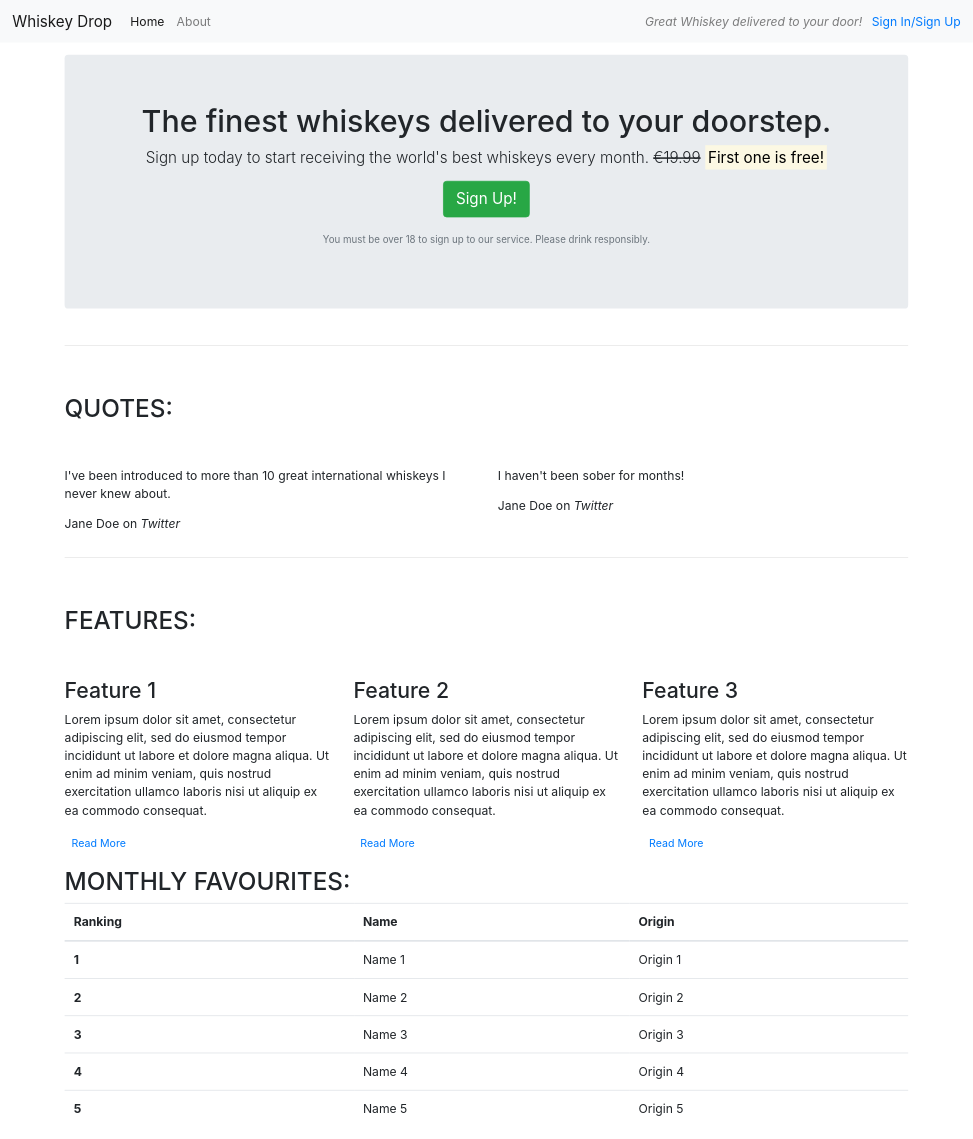
Repository: ElaineArchbold/bootstrap_landing_page1
Page: index.html
The author's editor kept a record of every edit. The page is drawn from the files as they stood at one moment, then again after the next edit.
The browser window is 1280 px wide. The pictures show the whole page, at 76% of full size.

Above is the page before.

### index.html
<!DOCTYPE html>
<html lang="en-us">

<head>
    <meta charset="utf-8">
    <meta name="viewport" content="width=device-width, initial-scale=1.0">
    <title>Whiskey Drop | Taste a new whiskey every month</title>
    <link rel="stylesheet" href="https://maxcdn.bootstrapcdn.com/bootstrap/4.1.3/css/bootstrap.min.css">
</head>

<body>
    <nav class="navbar navbar-light bg-light navbar-expand-sm">
        <!--navbar light for a light colour, bg-light for a light background and navbar-expand-sm to make it responsive-->
        <a href="/" class="navbar-brand">Whiskey Drop</a>
        <ul class="navbar-nav mr-auto">
            <!--mr-auto will push the content to the left-->
            <li class="active nav-item mr-r"><a class="nav-link" href="/">Home</a></li>
            <li class="nav-item mr-2"><a class="nav-link" href="/about">About</a></li>
            <li class="nav-item mr-2 d-block d-sm-none"><a class="nav-link" href="/login">Sign In/Sign Up</a></li>
            <!--this last list item will only be displayed on a mobile device-->
        </ul>
        <div class="d-none d-md-block">
            <!--this will only be displayed on medium sized and above-->
            <p class="navbar-text my-auto mr-2"><i>Great Whiskey delivered to your door!</i></p>
            <!--my-auto is automatic margin-->
            <a href="/login">Sign In/Sign Up</a>
        </div>
    </nav>
    <article class="container mt-3">
        <!-- Callout -->
        <div class="row">
            <div class="col-12">
                <section class="callout jumbotron text-center">
                    <h1>The finest whiskeys delivered to your doorstep.</h1>
                    <p class="lead">Sign up today to start receiving the world's best whiskeys every month. <s class="d-none d-sm-inline"><!--this hides this text on mobile-->€19.99</s>
                        <span class="d-inline d-sm-none"><br></span>
                        <!--this moves the following text to its own line on mobile-->
                        <strong><mark>First one is free!</mark></strong></p>
                    <p><button class="btn btn-lg btn-success">Sign Up!</button></p>
                    <p class="text-muted"><small>You must be over 18 to sign up to our service. Please drink responsibly.</small></p>
                </section>
            </div>
        </div>
        <!-- /.callout -->
        <hr>

        <!-- Quotes -->
        <section class="quotes">
            <div class="row">
                <div class="col-12 my-5">
                    <!--my-5 gives more vertical space-->
                    <h2 class="text-uppercase">Quotes:</h2>
                </div>
            </div>
            <div class="row">
                <div class="col-12 col-md-6">
                    <!--this makes the quotes side by side on a medium screen-->
                    <blockquote class="quote">
                        <p>I've been introduced to more than 10 great international whiskeys I never knew about.</p>
                        <footer>Jane Doe on <cite title="Twitter">Twitter</cite></footer>
                    </blockquote>
                </div>
                <div class="col-12 col-md-6">
                    <blockquote class="quote">
                        <p>I haven't been sober for months!</p>
                        <footer>Jane Doe on <cite title="Twitter">Twitter</cite></footer>
                    </blockquote>
                </div>
            </div>
        </section>
        <!-- /.quotes -->
        <hr>

        <!-- Features -->
        <section class="features">
            <div class="row">
                <div class="col-12 my-5">
                    <h2 class="text-uppercase">Features:</h2>
                </div>
            </div>
            <div class="row">
                <div class="col-12 col-md-6 col-lg-4">
                    <!--the col-lg-4 will keep the features side by side but make them occupy a third of the row-->
                    <div class="feature">
                        <h3>Feature 1</h3>
                        <p>Lorem ipsum dolor sit amet, consectetur adipiscing elit, sed do eiusmod tempor incididunt ut labore et dolore magna aliqua. Ut enim ad minim veniam, quis nostrud exercitation ullamco laboris nisi ut aliquip ex ea commodo consequat.</p>
                        <p><a class="btn btn-sm btn-default" href="">Read More</a></p>
                    </div>
                </div>
                <div class="col-12 col-md-6 col-lg-4">
                    <div class="feature">
                        <h3>Feature 2</h3>
                        <p>Lorem ipsum dolor sit amet, consectetur adipiscing elit, sed do eiusmod tempor incididunt ut labore et dolore magna aliqua. Ut enim ad minim veniam, quis nostrud exercitation ullamco laboris nisi ut aliquip ex ea commodo consequat.</p>
                        <p><a class="btn btn-sm btn-default" href="">Read More</a></p>
                    </div>
                </div>
                <div class="col-12 d-md-none d-lg-block col-lg-4">
                    <div class="feature">
                        <!-- d-md-none on a medium screen, this wont be displayed -->
                        <!--d-lg-block and col-lg-4 make this display on large screens-->
                        <h3>Feature 3</h3>
                        <p>Lorem ipsum dolor sit amet, consectetur adipiscing elit, sed do eiusmod tempor incididunt ut labore et dolore magna aliqua. Ut enim ad minim veniam, quis nostrud exercitation ullamco laboris nisi ut aliquip ex ea commodo consequat.</p>
                        <p><a class="btn btn-sm btn-default" href="">Read More</a></p>
                    </div>
                </div>
            </div>
        </section>
        <!-- /.features -->

        <section class="monthly-favourites">

            <h2 class="text-uppercase">Monthly Favourites:</h2>
            <table class="table">
                <thead>
                    <tr>
                        <th scope="col">Ranking</th>
                        <th scope="col">Name</th>
                        <th scope="col">Origin</th>
                    </tr>
                </thead>
                <tbody>
                    <tr>
                        <th scope="row">1</th>
                        <td>Name 1</td>
                        <td>Origin 1</td>
                    </tr>
                    <tr>
                        <th scope="row">2</th>
                        <td>Name 2</td>
                        <td>Origin 2</td>
                    </tr>
                    <tr>
                        <th scope="row">3</th>
                        <td>Name 3</td>
                        <td>Origin 3</td>
                    </tr>
                    <tr>
                        <th scope="row">4</th>
                        <td>Name 4</td>
                        <td>Origin 4</td>
                    </tr>
                    <tr>
                        <th scope="row">5</th>
                        <td>Name 5</td>
                        <td>Origin 5</td>
                    </tr>
                </tbody>
            </table>

        </section>
    </article>
</body>

</html>

After the next edit:
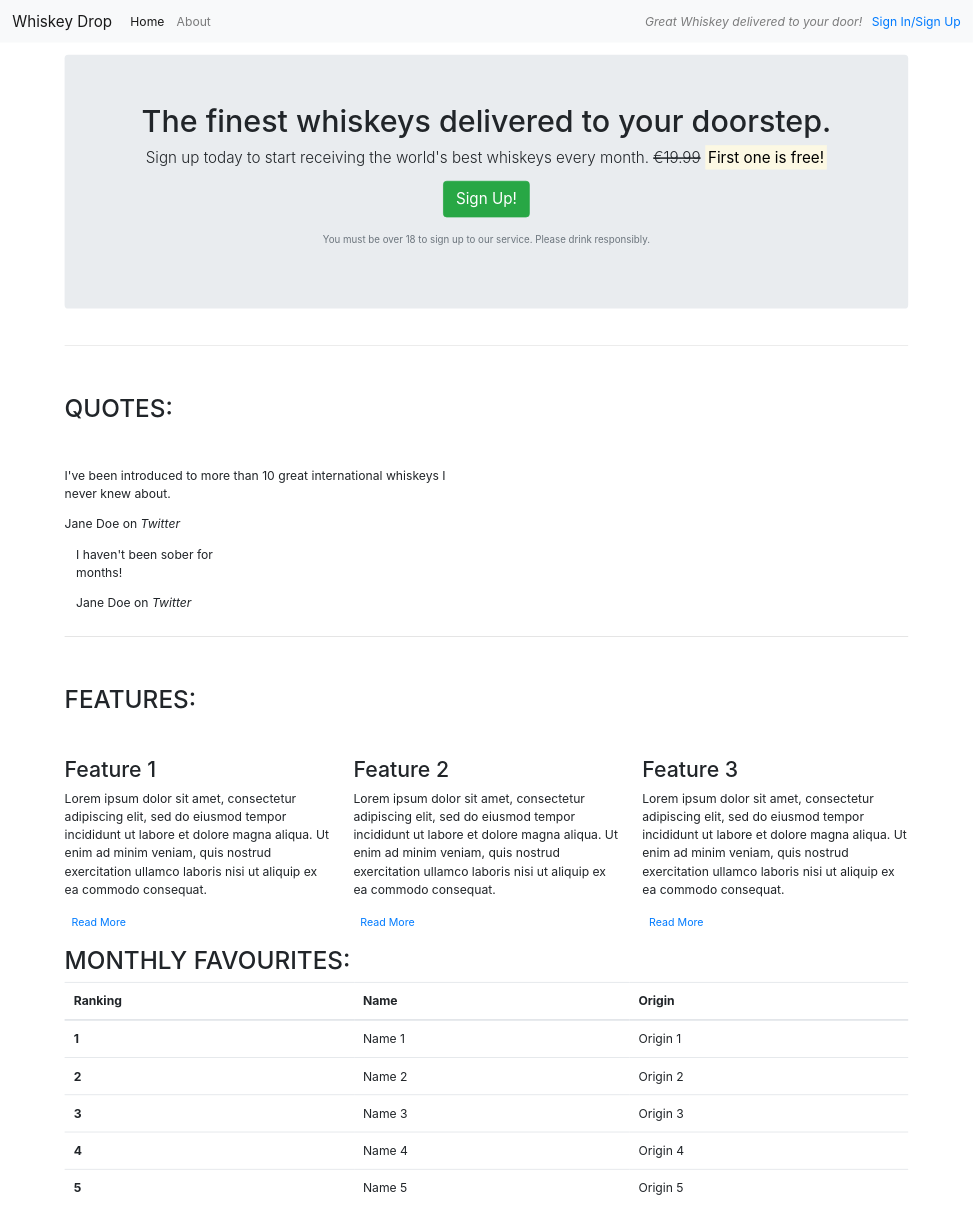
The edit:
--- a/index.html
+++ b/index.html
@@ -55,6 +55,7 @@
             <div class="row">
                 <div class="col-12 col-md-6">
                     <!--this makes the quotes side by side on a medium screen-->
+                    <div class="media">
                     <blockquote class="quote">
                         <p>I've been introduced to more than 10 great international whiskeys I never knew about.</p>
                         <footer>Jane Doe on <cite title="Twitter">Twitter</cite></footer>
